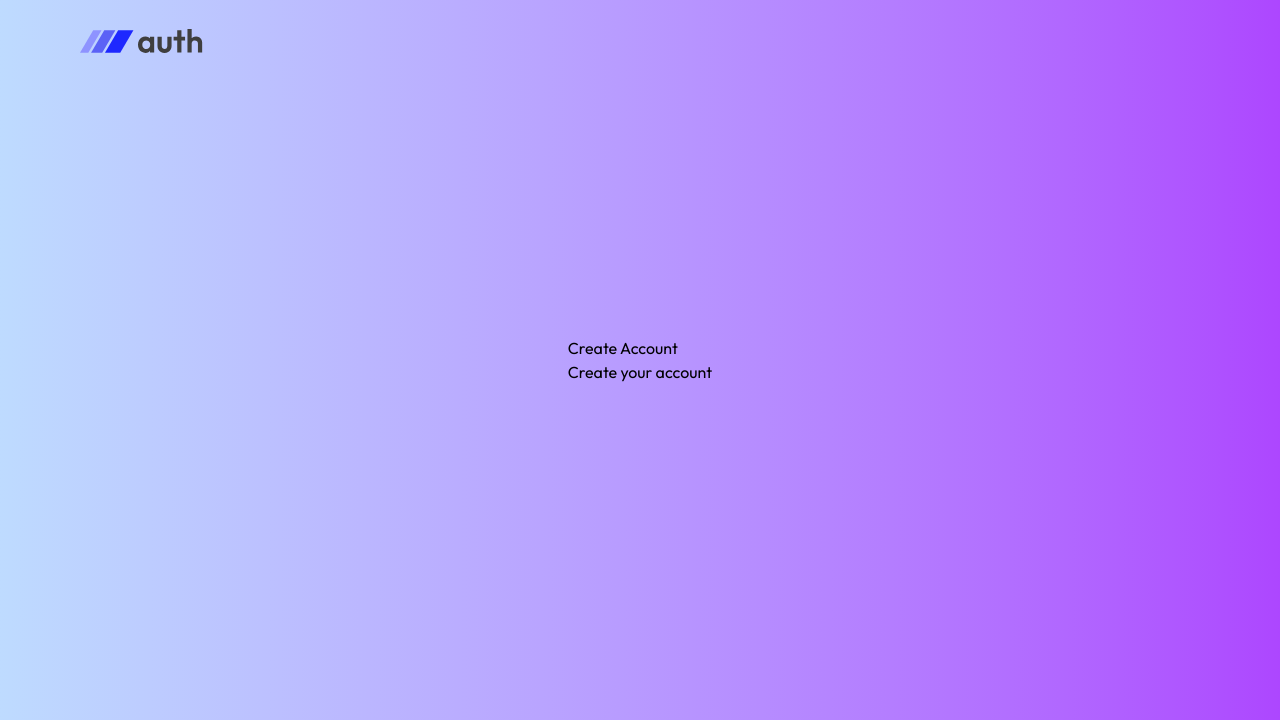
Repository: AuthnSapuarachchi/AuthnticationApplication-MERN-Stack
Page: /login (app in client/)
These files come from the project's save history. The page is drawn as it stood at one moment and after the next save; the edit follows.
The browser window is 1280 px wide. The pictures show the whole page.
The project was rebuilt for these pictures with package versions that can differ from the ones it lists, and the page was loaded fresh each time. Also part of the build but not shown: client/vite.config.js, client/src/components/NavBar.jsx, client/src/components/Header.jsx, client/src/pages/home.jsx, client/src/pages/ResetPassword.jsx, client/src/pages/EmailVerify.jsx.

Above is the page before, as saved 2025-07-31 12:01:34.

### client/index.html
<!doctype html>
<html lang="en">
  <head>
    <meta charset="UTF-8" />
    <link rel="icon" type="image/svg+xml" href="/favicon.svg" />
    <meta name="viewport" content="width=device-width, initial-scale=1.0" />
    <title>AuthCodeLab - MERN AUTH</title>
  </head>
  <body>
    <div id="root"></div>
    <script type="module" src="/src/main.jsx"></script>
  </body>
</html>

### client/src/main.jsx
import { StrictMode } from 'react'
import { createRoot } from 'react-dom/client'
import './index.css'
import App from './App.jsx'
import { BrowserRouter } from 'react-router-dom';

createRoot(document.getElementById('root')).render(
  <BrowserRouter>
    <App />
  </BrowserRouter>,
)

### client/src/index.css
@import url('https://fonts.googleapis.com/css2?family=Outfit:wght@100..900&display=swap');
@import "tailwindcss";

*{
  font-family: "Outfit", sans-serif;
}

### client/src/App.jsx
import React from 'react'
import { Routes, Router, Route } from 'react-router-dom'
import Home from './pages/home'
import Login from './pages/login'
import ResetPassword from './pages/ResetPassword'
import EmailVerify from './pages/EmailVerify'

const App = () => {
  return (
    <div>
      <Routes>
        <Route path='/' element={<Home />} />
        <Route path='/login' element={<Login />} />
        <Route path='/reset-password' element={<ResetPassword />} />
        <Route path='/email-verify' element={<EmailVerify />} />
      </Routes>
    </div>
  )
}

export default App

### client/src/pages/login.jsx
import React, { useState } from 'react'
import { assets } from '../assets/assets';

const Login = () => {
  const [state, setState] = useState('Sign Up');

  return (
    <div className='flex items-center justify-center min-h-screen px-6 sm:px-0 bg-gradient-to-r from-blue-200 to-purple-500 relative'>
      <img src={assets.logo} alt="" className='absolute left-5 sm:left-20
      top-5 w-28 sm:w-32 cursor-pointer' />
      <div>
        <h2>{state === 'Sign Up' ? 'Create Account' : 'Login'}</h2>
        <p>{state === 'Sign Up' ? 'Create your account' : 'Login to your account'}</p>
      </div>
    </div>
  )
}

export default Login

### client/src/assets/assets.js
import arrow_icon from './arrow_icon.svg'
import lock_icon from './lock_icon.svg'
import logo from './logo.svg'
import mail_icon from './mail_icon.svg'
import person_icon from './person_icon.svg'
import hand_wave from './hand_wave.png'
import header_img from './header_img.png'

export const assets = {
    arrow_icon,
    lock_icon,
    logo,
    mail_icon,
    person_icon,
    hand_wave,
    header_img
}

After the next save:
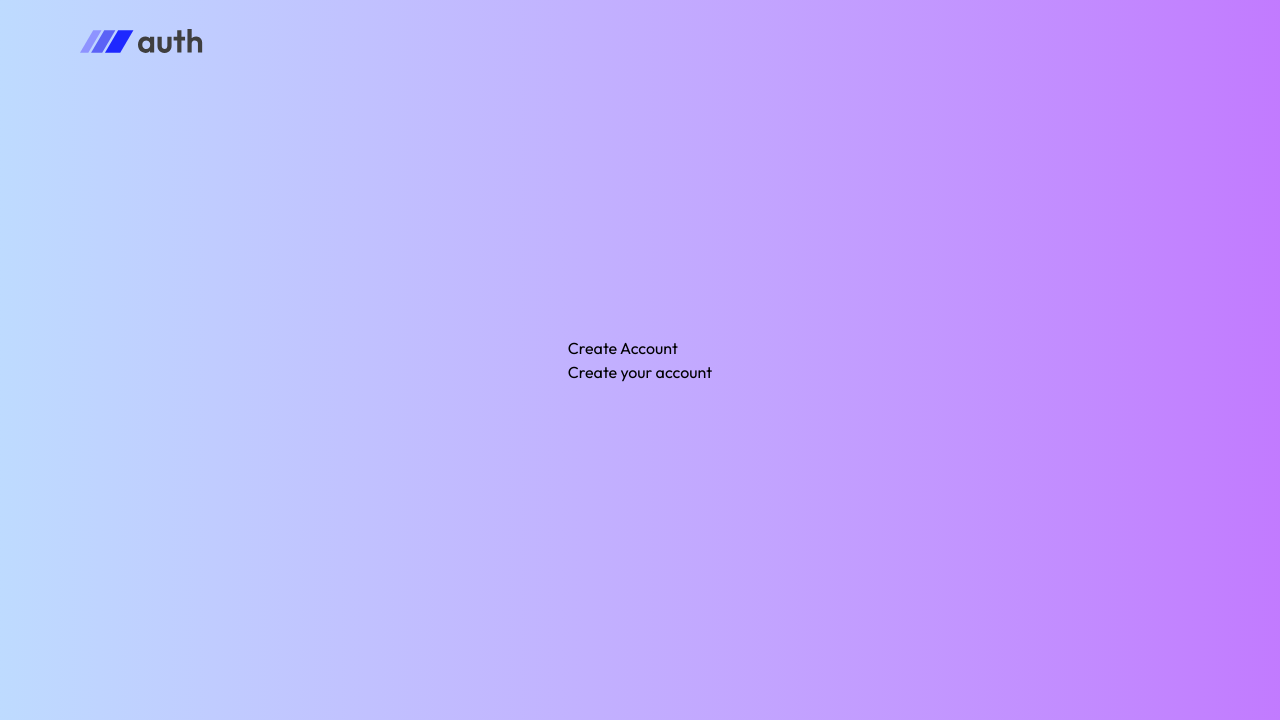
Saved 14 s later.
--- a/client/src/pages/login.jsx
+++ b/client/src/pages/login.jsx
@@ -5,7 +5,7 @@ const Login = () => {
   const [state, setState] = useState('Sign Up');
 
   return (
-    <div className='flex items-center justify-center min-h-screen px-6 sm:px-0 bg-gradient-to-r from-blue-200 to-purple-500 relative'>
+    <div className='flex items-center justify-center min-h-screen px-6 sm:px-0 bg-gradient-to-r from-blue-200 to-purple-400 relative'>
       <img src={assets.logo} alt="" className='absolute left-5 sm:left-20
       top-5 w-28 sm:w-32 cursor-pointer' />
       <div>
